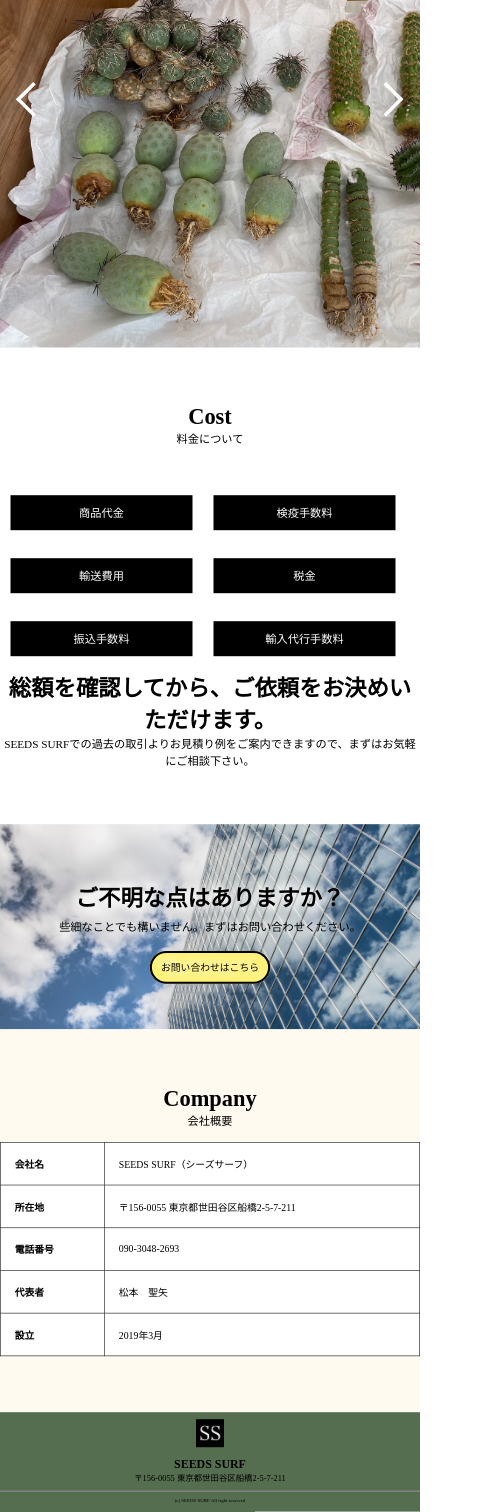
Repository: Seiya00002/seeds-surf-lp
Page: index.html
These files come from the project's save history. The page is drawn as it stood at one moment and after the next save; the edit follows.
The browser window is 600 px wide. The page is 698 px wide, so the pictures cover 698 px, including what lies to the right of the window. The pictures show the part of the page from y = 2568 to 4808 px (the page is 4728 px tall before and 4808 px after), at 70% of full size.

Above is the page before, as saved 2023-07-19 10:17:44.

After the next save:
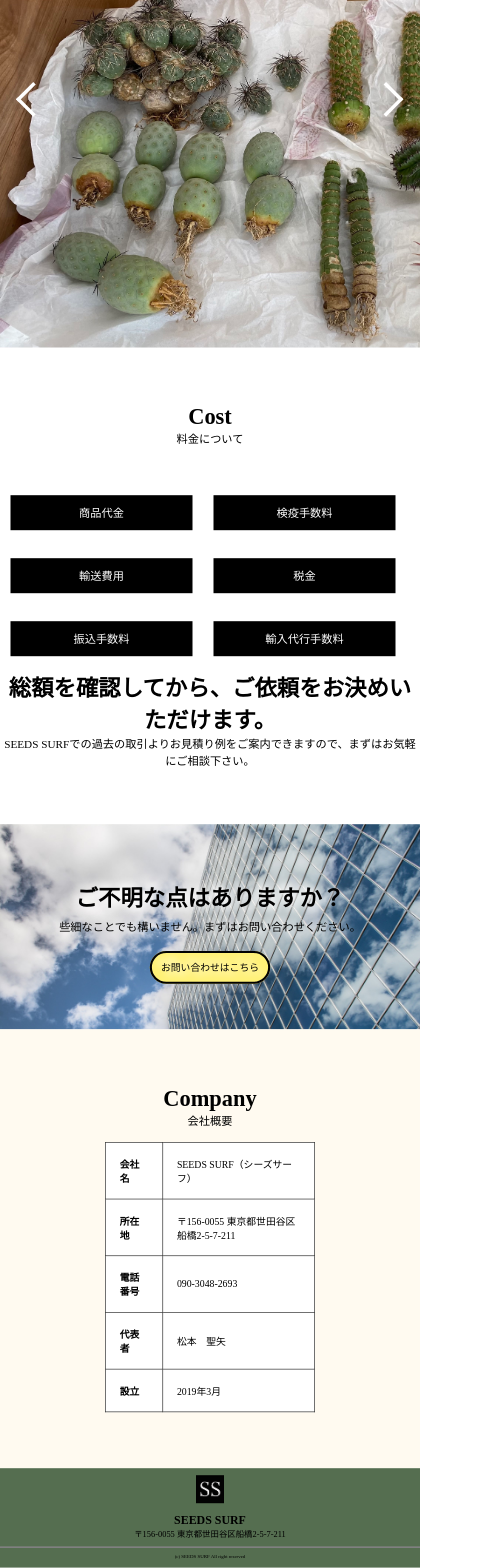
Saved 27 s later.
--- a/css/style.css
+++ b/css/style.css
@@ -477,7 +477,7 @@ th.total {
     .list02 {
         width: 40%;
     }
-    .company {
+    table.company {
         width: 50%;
         font-size: 14px;
     }
